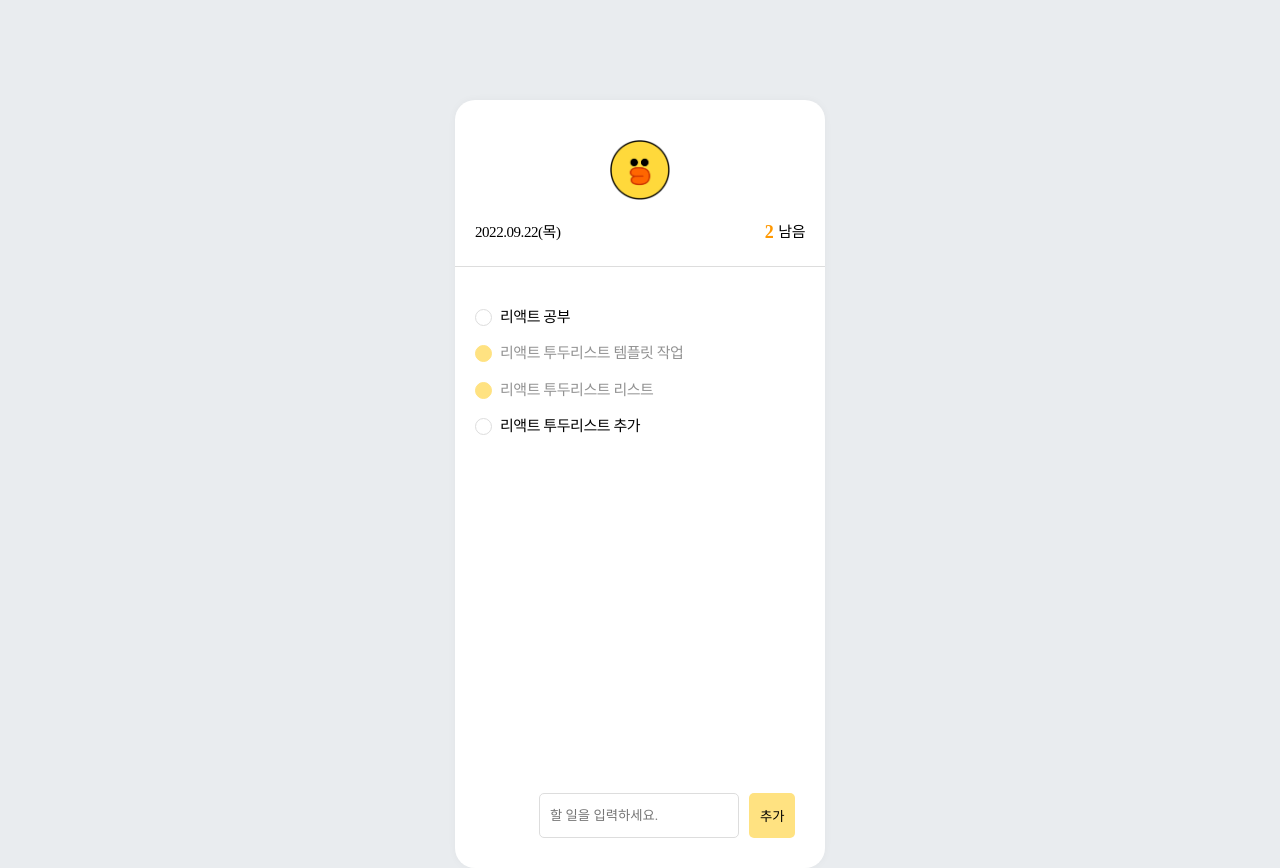
Repository: kwak0630/react-todo
Page: /
The author's editor kept a copy of each file at every save. The page is drawn from the files as they stood at one save, then again after a run of saves.
The browser window is 1280 px wide. The pictures show the whole page.
The project was rebuilt for these pictures with package versions that can differ from the ones it lists, and the page was loaded fresh each time.

Above is the page before, as saved 2022-09-22 16:24:48.

### public/index.html
<!DOCTYPE html>
<html lang="en">
  <head>
    <meta charset="utf-8" />
    <link rel="icon" href="../src/assets/images/ico_sally.png" />
    <meta name="viewport" content="width=device-width, initial-scale=1" />
    <meta name="theme-color" content="#000000" />
    <meta
      name="description"
      content="Web site created using create-react-app"
    />
    <link rel="apple-touch-icon" href="%PUBLIC_URL%/logo192.png" />
    <!--
      manifest.json provides metadata used when your web app is installed on a
      user's mobile device or desktop. See https://developers.google.com/web/fundamentals/web-app-manifest/
    -->
    <link rel="manifest" href="%PUBLIC_URL%/manifest.json" />
    <!--
      Notice the use of %PUBLIC_URL% in the tags above.
      It will be replaced with the URL of the `public` folder during the build.
      Only files inside the `public` folder can be referenced from the HTML.

      Unlike "/favicon.ico" or "favicon.ico", "%PUBLIC_URL%/favicon.ico" will
      work correctly both with client-side routing and a non-root public URL.
      Learn how to configure a non-root public URL by running `npm run build`.
    -->
    <title>React - TodoList Test</title>
  </head>
  <body>
    <noscript>You need to enable JavaScript to run this app.</noscript>
    <div id="root"></div>
    <!--
      This HTML file is a template.
      If you open it directly in the browser, you will see an empty page.

      You can add webfonts, meta tags, or analytics to this file.
      The build step will place the bundled scripts into the <body> tag.

      To begin the development, run `npm start` or `yarn start`.
      To create a production bundle, use `npm run build` or `yarn build`.
    -->
  </body>
</html>

### src/App.js

import React from 'react'
import TodoTemplate from './components/TodoTemplate';
import TodoHeader from './components/TodoHeader';
import TodoList from './components/TodoList';
import TodoCreate from './components/TodoCreate';
import "./assets/css/style.scss"


const todos = [
  {
    id: 1,
    text: '리액트 공부',
    done: false
  },
  {
    id: 2,
    text: '리액트 투두리스트 템플릿 작업',
    done: true
  },
  {
    id: 3,
    text: '리액트 투두리스트 리스트',
    done: true
  },
  {
    id: 4,
    text: '리액트 투두리스트 추가',
    done: false
  }
]
function App() {
  return (
    <div>
      <TodoTemplate>
        <TodoHeader />
        <TodoList todos={todos} />
        <TodoCreate />
      </TodoTemplate>
    </div>
  );
}

export default App;

### src/components/TodoTemplate.js
import React from 'react';
import styled from 'styled-components';

const TodoTemplateBlock = styled.div`
    position: relative;

    display: flex;
    flex-direction: column;

    width: 370px;
    height: 768px;
    margin: 100px auto 0;

    background: white;
    border-radius: 20px;
    box-shadow: 0 0 8px 0 rgba(0, 0, 0, 0.04);
`;

function TodoTemplate({children}){
    return (
        <TodoTemplateBlock>
            {children}
        </TodoTemplateBlock>
    )
}

export default TodoTemplate;

### src/components/TodoHeader.js
import React from 'react';
import styled from 'styled-components';

const TodoHeaderBlock = styled.div`
    padding:40px 0 0;
    text-align: center;
    h1{
        font-size: 25px;
    }
    .sally{
        width: 60px;
    }
    .header-box{
        display: flex;
        justify-content: space-between;
        align-items: center;
        padding: 20px;
        border-bottom: 1px solid #ddd;
        .task{
            display: flex;
            justify-content: space-between;
            align-items: center;
            em{
                padding-right: 5px;
                font-size: 18px;
                font-weight: 700;
                color: #ff9800;
            }
        }
    }
`;

function TodoHeader(){
    return (
        <TodoHeaderBlock>
            <img className="sally" src={require('../assets/images/ico_sally.png')} alt="sally icon" />
            <div className="header-box">
                <span className='day'>2022.09.22(목)</span>
                <span className='task'><em>2</em>남음</span>
            </div>
        </TodoHeaderBlock>
    )
}

export default TodoHeader;

### src/components/TodoList.js
import React from 'react';
import styled from 'styled-components';
import TodoItem from './TodoItem';

const TodoListBlock = styled.div`
    padding:40px 20px 0;

`;

function TodoList({todos}){
    return (
        <TodoListBlock>
            {todos.map((todo) =>
                <TodoItem
                    todo={todo}
                    key={todo.id}
                />
            )}
            {/* <TodoItem text="React 공부" />
            <TodoItem text="TodoList Template" done={true} /> */}
        </TodoListBlock>
    )
}

export default TodoList;

### src/components/TodoCreate.js
import React from 'react';
import styled from 'styled-components';

const TodoCreateBlock = styled.div`
    position: absolute;
    bottom: 30px;
    right: 30px;
`;
const CreateBox = styled.div`
    display: flex;
    align-items: center;
    width: 100%;

    .input-text{
        width: 100%;
        height: 45px;
        padding: 0 10px;
        border:1px solid #ddd;
        border-radius: 5px;
    }
    .btn-type{
        width: 60px;
        height: 45px;
        margin-left: 10px;
        border: none;
        border-radius: 5px;
        background: #ffe281;
    }
`;

const CreateBtn = styled.div`
    position: relative;
    width: 60px;
    height: 60px;
    border-radius: 100%;
    background: #ffe281;
    font-size: 0;
    &:before{
        content: '';
        position: absolute;
        top: 50%;
        left: 50%;
        width: 20px;
        height: 2px;
        margin: -1px 0 0 -10px;
        background: #000;
    }
    &:after{
        content: '';
        position: absolute;
        top: 50%;
        left: 50%;
        width: 2px;
        height: 20px;
        margin: -10px 0 0 -1px;
        background: #000;
    }
`;

function TodoCreate(){

    return (
        <TodoCreateBlock>
            <CreateBox>
                <input
                    type="text"
                    className="input-text"
                    placeholder='할 일을 입력하세요.'
                />
                <button type="submit" className='btn-type'>추가</button>
            </CreateBox>
            {/* <CreateBtn>
                추가
            </CreateBtn> */}
        </TodoCreateBlock>
    )
}

export default TodoCreate;

### src/assets/css/style.scss

* {margin:0;padding:0;vertical-align:baseline;-webkit-text-size-adjust:100%;box-sizing:border-box;word-break:break-all;
  font-family: 'LeferiPoint-r';}
* {cursor: none !important;}
::before,::after{box-sizing:border-box;}

body {line-height:1.43;font-family:LeferiPoint-r,Noto,sans-serif;font-size:15px;letter-spacing:-0.03em;}
article, aside, details, figcaption, figure, footer, header, hgroup, menu, nav, section {display:block;}
ol, ul {list-style: none;}
blockquote, q {quotes: none;}
blockquote:before, blockquote:after,q:before, q:after {content: '';display:block;}

/* 테이블 스타일 초기화 */
table {width:100%;border-collapse:collapse;border-spacing:0;empty-cells:show;table-layout:fixed;}
th,td{font-weight:600;}
td {word-wrap:break-word;word-break:keep-all;}
fieldset {border:0;margin:0;padding:0;}
legend, caption {visibility:hidden;overflow:hidden;width:0;height:0;font-size:0;line-height:0;}
address, caption, em, var{font-style:normal;font-weight:inherit;}

/* 링크 */
a{text-decoration:none;}

pre{font-family: inherit;white-space: pre-wrap;}

/* 이미지, 폼관련 요소 */
img {border:0;vertical-align:top;width:100%;}

body {
  background: #e9ecef;
}

### src/components/TodoItem.js
import React from 'react';
import styled, {css} from 'styled-components';

const TodoItemBlock = styled.div`
    display: flex;
    align-items: center;

    margin-bottom: 15px;
`;
const Check = styled.div`
    width: 17px;
    height: 17px;
    margin-right: 8px;
    border: 1px solid #ddd;
    border-radius: 100%;
    ${props =>
    props.done &&
    css`
      background: #ffe281;
      border-color: #ffe281;
    `}

`;

const Text = styled.div`
    position: relative;
    font-size: 15px;
    ${props =>
    props.done &&
    css`
      color: #929292;
    `}

`;

function TodoItem({todo}){
    const { text, done } = todo;
    return (
        <TodoItemBlock>
            <Check done={done}></Check>
            <Text done={done}>
                {text}
            </Text>
            {/* <LineWrap done={done}>{done && <Line />}</LineWrap> */}
            {/* <Check done={done}></Check>
            <Text done={done}>
                {text}
                {done && <Line done={done}/>}
            </Text> */}
            {/* {text} */}
        </TodoItemBlock>
    )
}

export default TodoItem;

Loaded but not shown: src/index.js (common file); src/index.css (common file); src/reportWebVitals.js (common file)

After the next 2 saves:
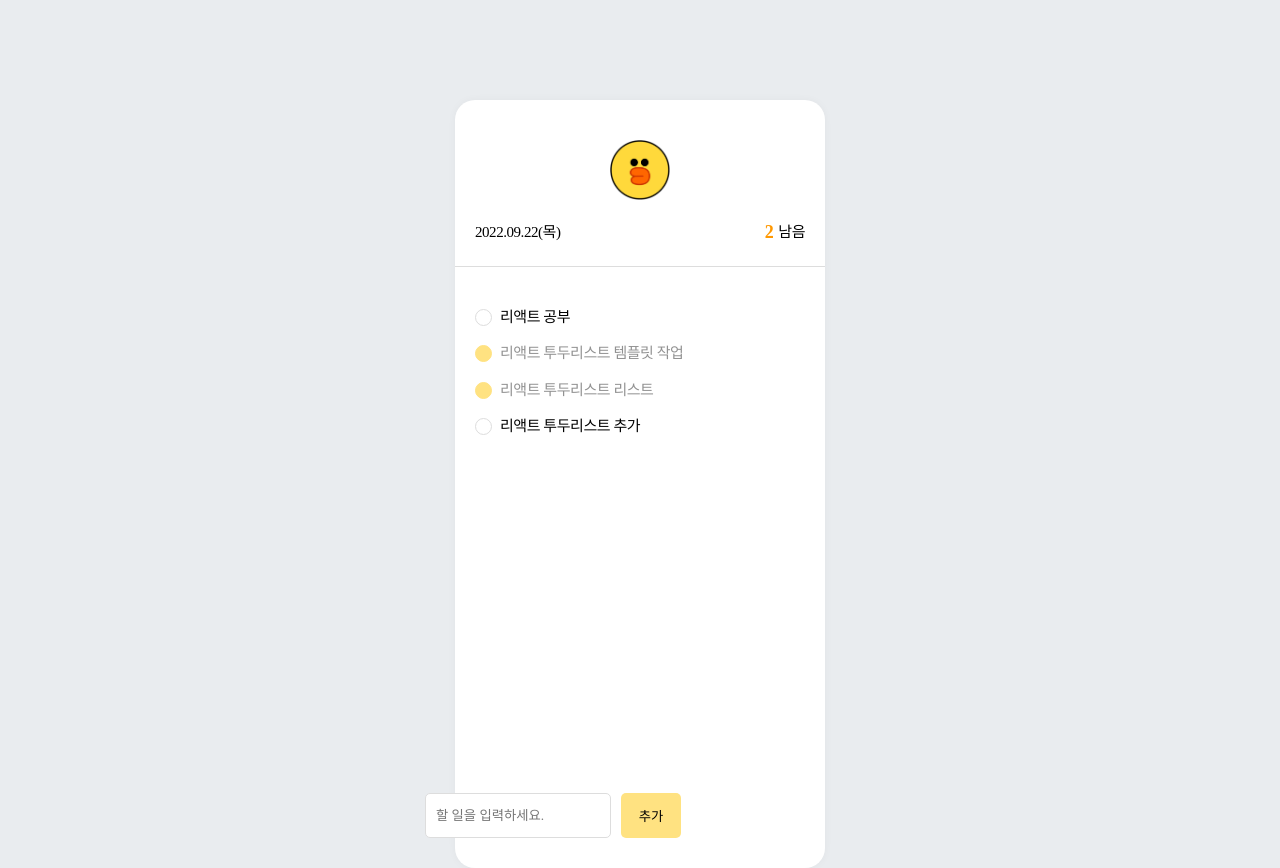
The 2 saves are shown as one change because they came seconds apart.
The last was saved 27 s later.
--- a/src/components/TodoCreate.js
+++ b/src/components/TodoCreate.js
@@ -5,14 +5,14 @@
     position: absolute;
     bottom: 30px;
     right: 30px;
+    width: 100%;
 `;
 const CreateBox = styled.div`
     display: flex;
     align-items: center;
-    width: 100%;
 
     .input-text{
-        width: 100%;
+        // width: 100%;
         height: 45px;
         padding: 0 10px;
         border:1px solid #ddd;
